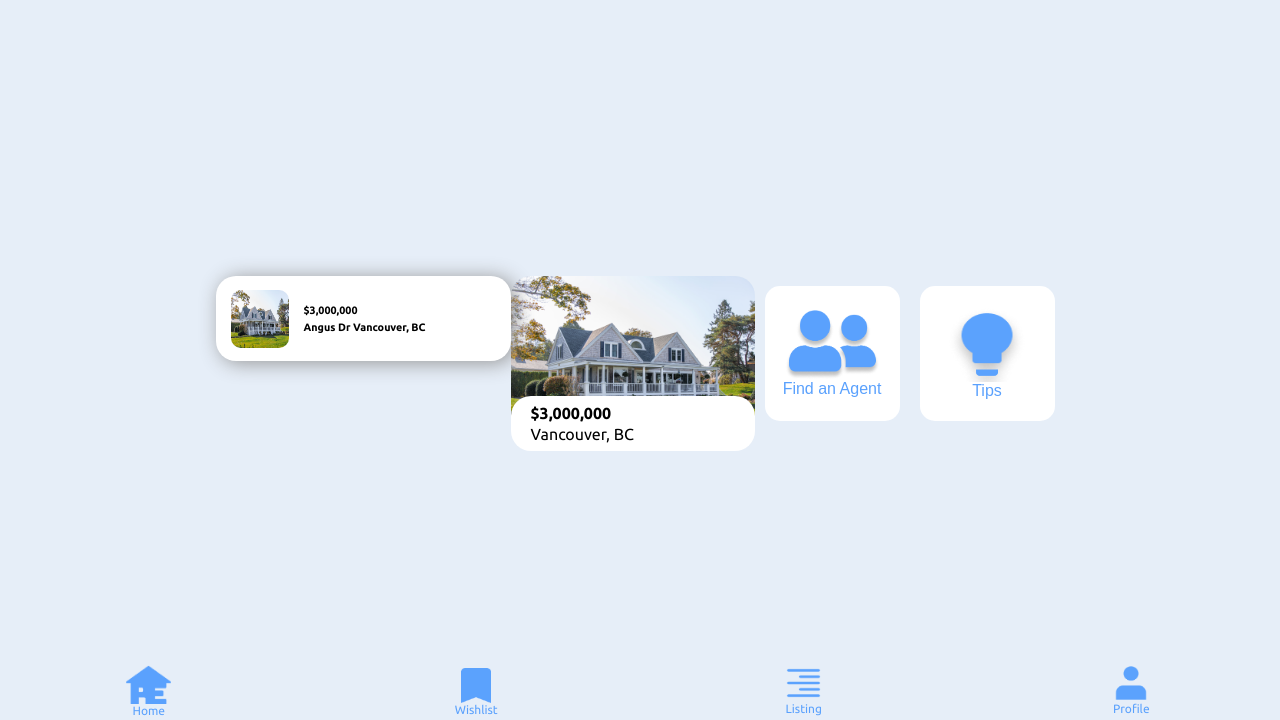
Repository: msyukurrr/realeasy
Page: /
An editor plug-in stored every save of this project. The page is shown before and after a run of saves, followed by the edit.
The browser window is 1280 px wide. The pictures show the whole page.
The project was rebuilt for these pictures with package versions that can differ from the ones it lists, and the page was loaded fresh each time. The framework's server and built-in components were replaced by stand-ins that run in the browser. Also part of the build but not shown: next.config.js, components/CatButton.js.

Above is the page before, as saved 2023-01-27 19:50:38.

After the next 2 saves:
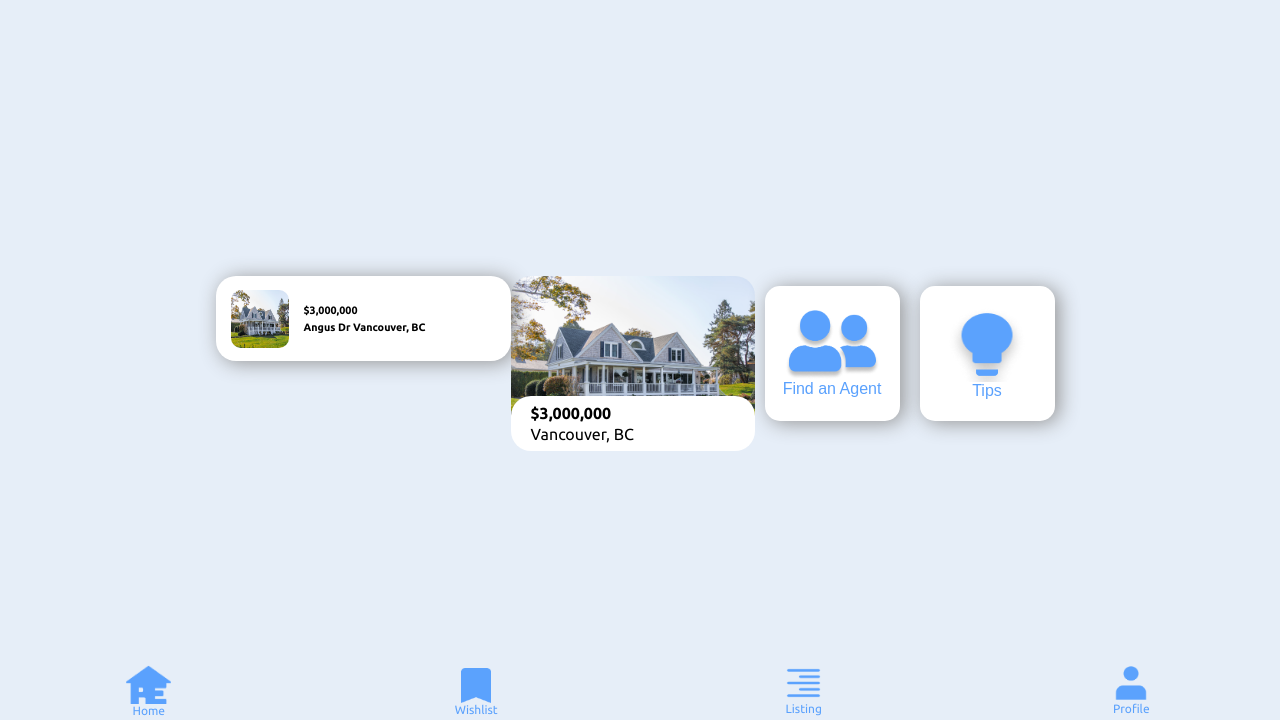
The 2 saves are shown as one change because they came seconds apart.
The last was saved 55 s later.
--- a/components/Button.js
+++ b/components/Button.js
@@ -12,6 +12,7 @@ align-items: center;
 justify-content: center;
 background-color: white;
 color: #5AA1FD;
+filter: drop-shadow(4px 2px 10px #949494);
 height: ${props=>props.height};
 width: ${props=>props.width};
 border-radius: 15px;
